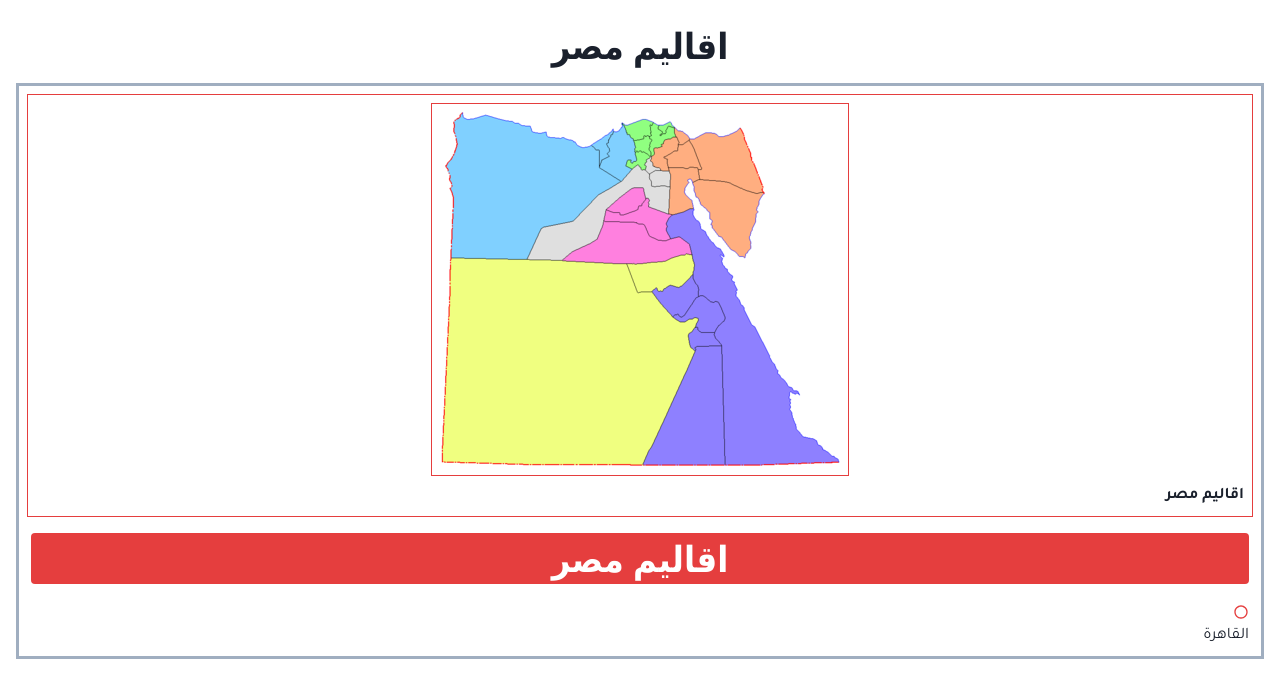
Repository: ahmed-mohamed-eng/egypt-gov-map
Page: /
The author's editor kept a copy of each file at every save. The page is drawn from the files as they stood at one save, then again after the next save.
The browser window is 1280 px wide. The pictures show the whole page.
Some web fonts or font styles are not loaded; a fallback is used. The project was rebuilt for these pictures with package versions that can differ from the ones it lists, and the page was loaded fresh each time. The framework's server and built-in components were replaced by stand-ins that run in the browser. Also part of the build but not shown: next.config.js.

Above is the page before, as saved 2022-05-28 17:01:27.

After the next save:
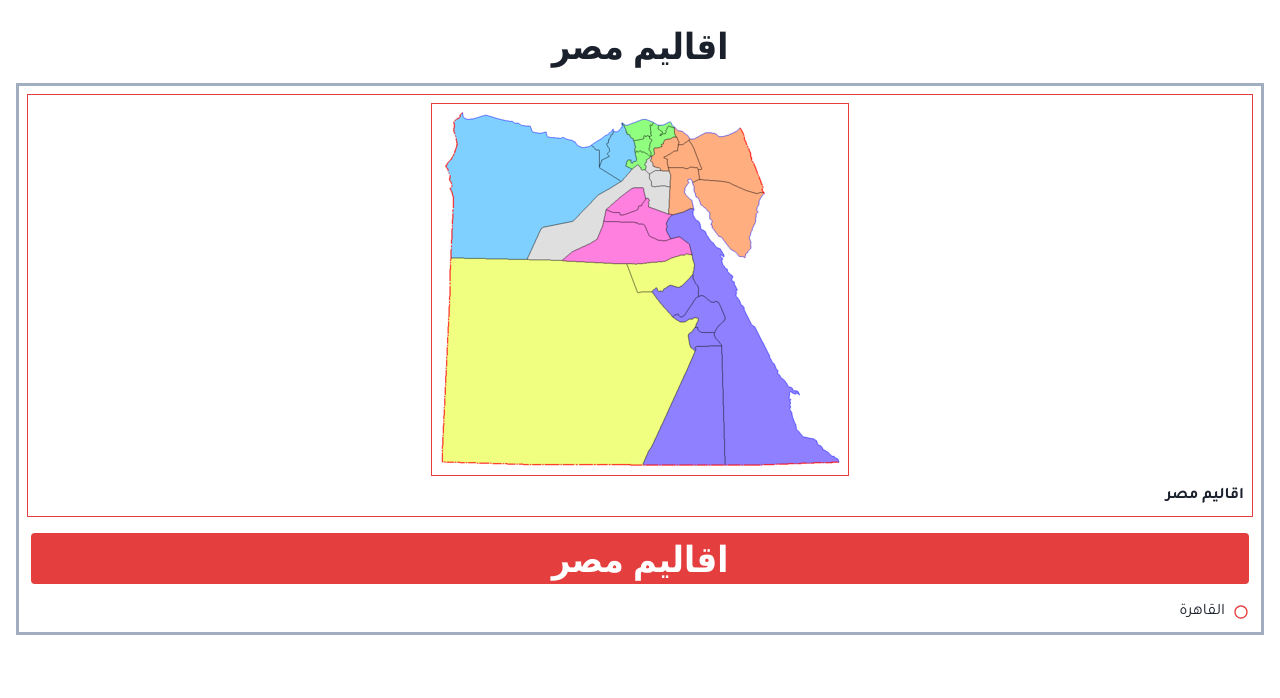
Saved 55 s later.
--- a/components/MainContentArea/QuickNavigationArea/CitiesList/CitiesList.tsx
+++ b/components/MainContentArea/QuickNavigationArea/CitiesList/CitiesList.tsx
@@ -22,8 +22,8 @@ export const CitiesList = (props: CitiesListProps) => {
   const items = props.list.map((item) => {
     return (
       <List key={uuidV4()}>
-        <ListIcon as={BiCircle} color="red.500" />
         <ListItem>
+          <ListIcon as={BiCircle} color="red.500" />
           {item.headerTitle}
           {/* {item.childItems.map((childItem) => {
             return (
